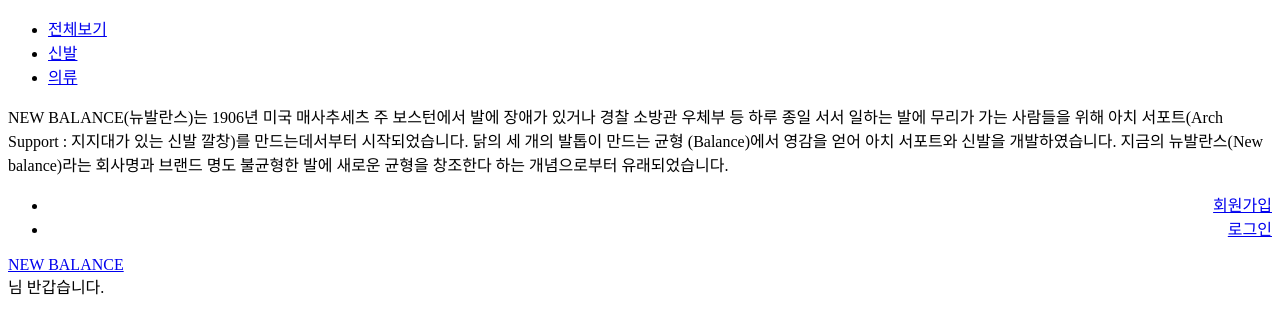
Repository: gotdori/spring
Page: http://localhost/LDM/WEB-INF/views/include/nav.jsp
The author's editor kept a copy of each file at every save. The page is drawn from the files as they stood at one save, then again after the next save.
The browser window is 1280 px wide. The pictures show the whole page.
The page is served by Tomcat 9. Nobody is signed in. Other server files are loaded and not shown. The template is opened directly, without the code that normally fills it, so the values that code supplies are empty.

Above is the page before, as saved 2023-03-23 08:47:10.

### spring_workspace1/LDM/src/main/webapp/WEB-INF/views/include/nav.jsp
<%@ page language="java" contentType="text/html; charset=UTF-8" pageEncoding="UTF-8"%>
<%@ taglib prefix="c" uri="http://java.sun.com/jstl/core_rt"%>
<!DOCTYPE html>
<html>
<head>
<meta charset="UTF-8">
<title>Insert title here</title>
</head>
<body>

	<!-- ======= Navbar ======= -->
	<div class="collapse navbar-collapse custom-navmenu" id="main-navbar">
		<div class="container py-2 py-md-5">
			<div class="row align-items-start justify-content-center">
				<div class="col-md-2">
					<ul class="custom-menu">
						<li><a href="#" onclick="category('(\'SH\',\'CL\')')">전체보기</a></li>
						<li><a href="#" onclick="category('\'SH\'')">신발</a></li>
						<li><a href="#" onclick="category('\'CL\'')">의류</a></li>
					</ul>
				</div>
				<div class="col-md-6 d-none d-md-block  mr-auto">
					<div class="tweet d-flex">
						<div>
							<p>NEW BALANCE(뉴발란스)는 1906년 미국 매사추세츠 주 보스턴에서 발에 장애가 있거나 경찰 소방관 우체부 등 하루 종일 서서 일하는 발에 무리가 가는 사람들을 위해 아치 서포트(Arch Support : 지지대가 있는 신발 깔창)를
								만드는데서부터 시작되었습니다. 닭의 세 개의 발톱이 만드는 균형 (Balance)에서 영감을 얻어 아치 서포트와 신발을 개발하였습니다. 지금의 뉴발란스(New balance)라는 회사명과 브랜드 명도 불균형한 발에 새로운 균형을 창조한다 하는 개념으로부터
								유래되었습니다.</p>
						</div>
					</div>
				</div>
				<div class="col-md-2 " style="text-align: right">
					<ul class="custom-menu align-items-end">
						<c:if test="${u_name == null}">
						<li><a href="${ctx}/user/write">회원가입</a></li>
						<li><a href="${ctx}/user/login">로그인</a></li>
						</c:if>

						<c:if test="${u_name != null}">
						<li><a href="#">로그아웃</a></li>
						</c:if>
					</ul>
				</div>
			</div>
		</div>
	</div>

	<nav class="navbar navbar-light custom-navbar">
		<div class="container">
			<a class="navbar-brand" href="${ctx}/mall/list">NEW BALANCE</a>
			<div class="container" >
				<span>${u_name}님 반갑습니다.</span>
			</div>
			<a href="#" class="burger" data-bs-toggle="collapse" data-bs-target="#main-navbar">
				<span></span>
			</a>
		</div>
	</nav>

</body>
</html>
<script>

</script>

After the next save:
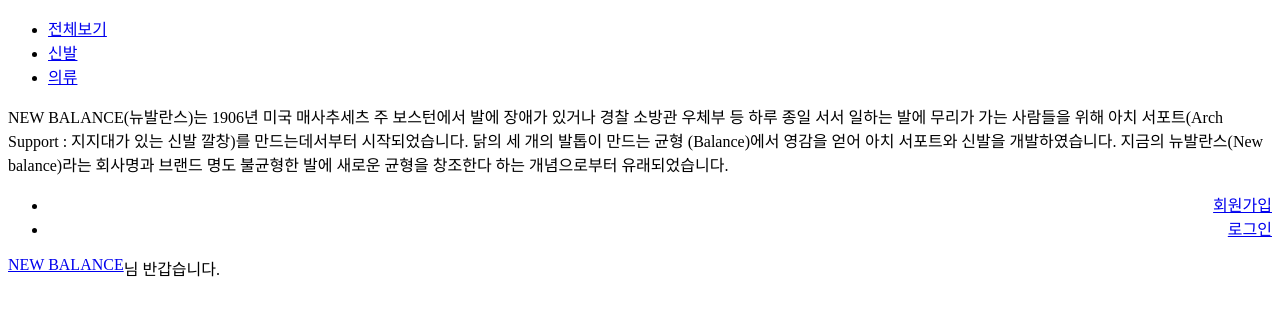
Saved 40 s later.
--- a/spring_workspace1/LDM/src/main/webapp/WEB-INF/views/include/nav.jsp
+++ b/spring_workspace1/LDM/src/main/webapp/WEB-INF/views/include/nav.jsp
@@ -45,7 +45,7 @@
 	</div>
 
 	<nav class="navbar navbar-light custom-navbar">
-		<div class="container">
+		<div class="container" style="display: inline-flex;" >
 			<a class="navbar-brand" href="${ctx}/mall/list">NEW BALANCE</a>
 			<div class="container" >
 				<span>${u_name}님 반갑습니다.</span>
